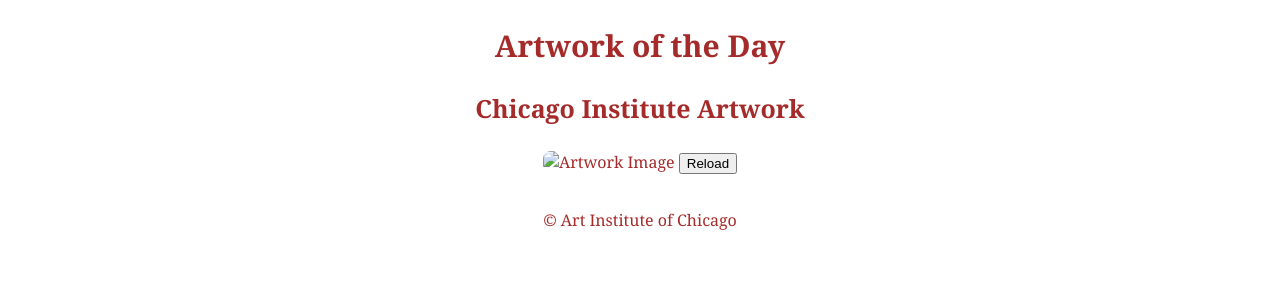
Repository: Bearandbird/amber-hinojos-API-project-haumea
Page: index.html
These files come from the project's save history. The page is drawn as it stood at one moment and after the next save; the edit follows.
The browser window is 1280 px wide. The pictures show the whole page.
The page's requests for data from a server got no answer.

Above is the page before, as saved 2024-05-27 18:39:13.

After the next save:
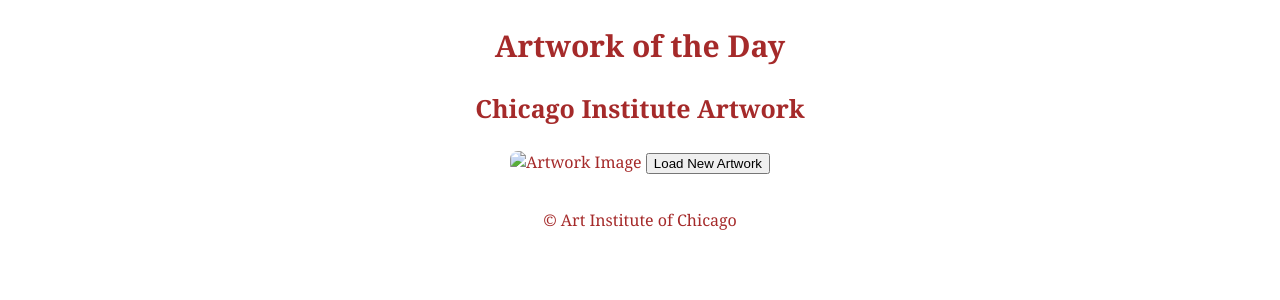
Saved 49 s later.
--- a/index.html
+++ b/index.html
@@ -24,7 +24,7 @@
         <div id="artistInfo"></div>
         <img id="artworkImage" alt="Artwork Image" />
 
-        <button id="reloadButton">Reload</button>
+        <button id="reloadButton">Load New Artwork</button>
 
         <footer>
             <p>&copy; Art Institute of Chicago</p>
